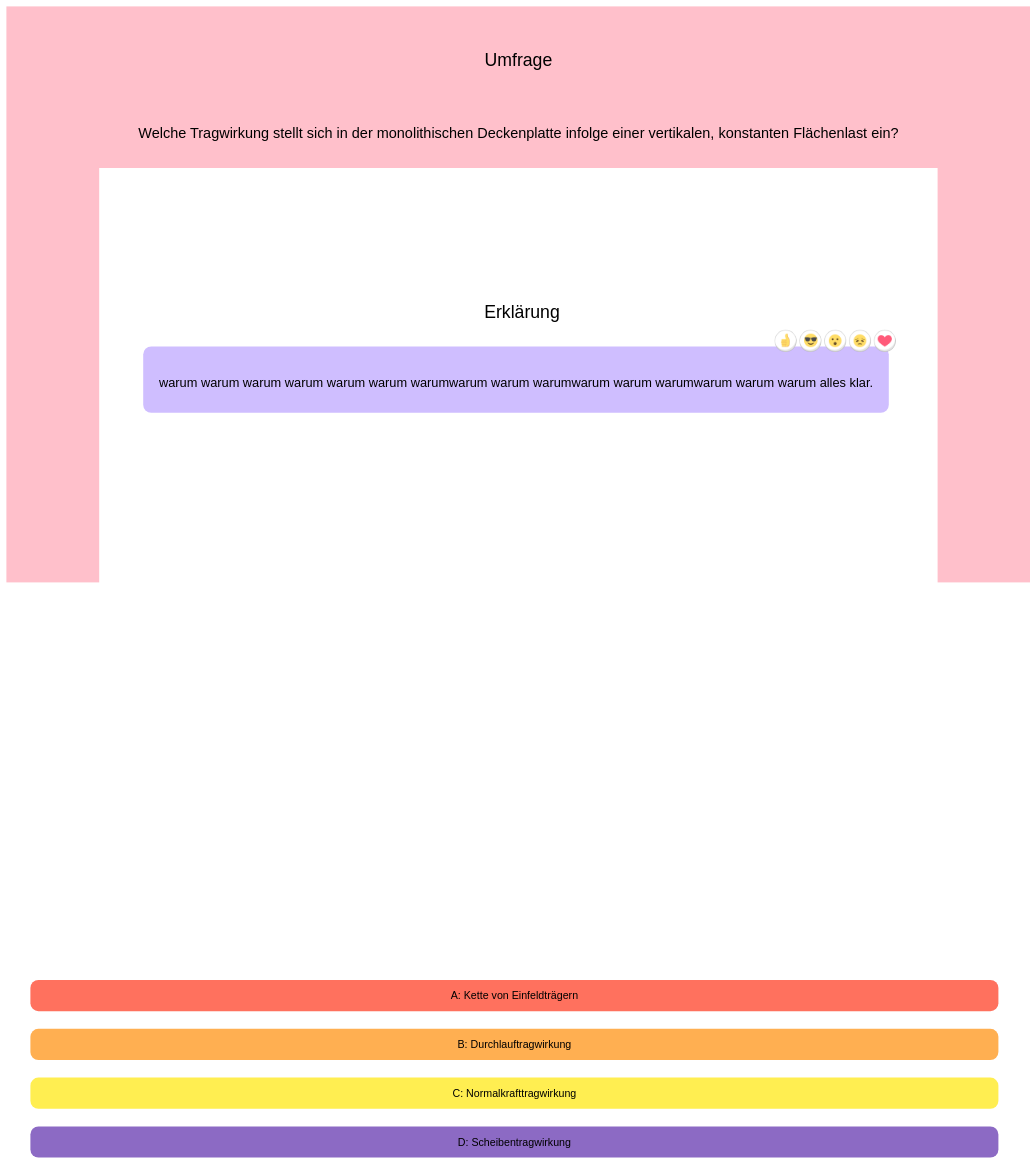
Repository: HyunraDate/Quinlan
Page: /Erklaerung
An editor plug-in stored every save of this project. The page is shown before and after the next save, followed by the edit.
The browser window is 1280 px wide. The page is 1288 px wide, so the pictures cover 1288 px, including what lies to the right of the window. The pictures show the whole page, at 80% of full size.
The project was rebuilt for these pictures with package versions that can differ from the ones it lists, and the page was loaded fresh each time. Also part of the build but not shown: vite.config.js, src/views/Ergebnis1.vue, src/views/Ergebnis2.vue.

Above is the page before, as saved 2023-07-25 14:42:32.

### index.html
<!DOCTYPE html>
<html lang="en">
  <head>
    <meta charset="UTF-8" />
    <link rel="icon" type="image/svg+xml" href="/vite.svg" />
    <meta name="viewport" content="width=device-width, initial-scale=1.0" />
    <title>Vite + Vue</title>
  </head>
  <body>
    <div id="app"></div>
    <script type="module" src="/src/main.js"></script>
    <script
    src="https://cdnjs.cloudflare.com/ajax/libs/echarts/5.4.1/echarts.min.js"
    integrity="sha512-OTbGFYPLe3jhy4bUwbB8nls0TFgz10kn0TLkmyA+l3FyivDs31zsXCjOis7YGDtE2Jsy0+fzW+3/OVoPVujPmQ=="
    crossorigin="anonymous"
    referrerpolicy="no-referrer">
    </script>

  </body>
</html>

### src/main.js
import { createApp } from 'vue'
// import './style.css'
import './utils/rem'
import App from './views/FragePage.vue'
import router from './router'
import * as echarts from 'echarts/core'

const app=createApp(App)//用const = 去挂载
app.use(router) //要先use哦
app.provide("ec", echarts);

// app.config.globalProperties.$axios = axios.create({
//     baseURL: 'http://localhost:8000', // 设置axios的基本URL
//     headers: {
//     // 设置axios请求的头部信息
//     }
// });

//createApp(app).mount('#app')
app.mount('#app')

### src/utils/rem.js
//rem等比适配配置文件
// 基准大小
const baseSize = 16
// 设置 rem 函数
function setRem () {
        // 当前页面宽度相对于 1920宽的缩放比例，可根据自己需要修改。
    const scale = document.documentElement.clientWidth / 1920
    // 设置页面根节点字体大小（“Math.min(scale, 2)” 指最高放大比例为2，可根据实际业务需求调整）
    document.documentElement.style.fontSize = baseSize * Math.min(scale, 2) + 'px'
    // 初始化
    setRem()
    // 改变窗口大小时重新设置
    rem.window.onresize = function () { setRem() }
}

### src/views/FragePage.vue
<!-- <template>
    <div>
    <div class="flex-col page">
        <div class="flex-col items-center">
          span class="font_1">Umfrage</span>
      <br/>

      <body onload="run()">
        wird in <span id="spanId" style="color:#FE9637">60</span>Sekunden springen!
      </body>
    </div>
</template> -->
<script>
// import { useStore } from '@store/index'
// //先引入useRouter
// import { useRouter } from 'vue-router'

// export default {
//   const store = useStore()
//   const router = useRouter()
//   //通过定义一个方法，使用Router进行跳转
//   const test =()=>
//   router.push()
// }

// import { useRouter , useRoute } from 'vue-router'

// setup(){
//     const $router=useRouter()
//     const $route=useRoute()

//     // 对象 $router.push()可以向history对象添加新记录
//     $router.push({ path: 'Ergebnis1' })
// }


// return {
//   store,
//   //这里暴露test方法
//   test
// }
// 页面一加载完成，该方法就会执行
// 读秒，一秒钟数字改变一次

// export default { 唔可以系setup度用
//   methods: {
//     scrollTo(target) {
//       const element = this.$refs[target];
//       element.scrollIntoView({ behavior: 'smooth' });
//     }
//   }
// }

var x = 60;
var select = "Step3.html";

function run(){
  // 获取到的是span标签的对象
  var span = document.getElementById("spanId");
  // 获取span标签中间的文本
  span.innerHTML = x;
  x--;
  // 再让run方法执行呢，一秒钟执行一次
  if(x < 0)window.location = select;
  else window.setTimeout("run()", 1000);

};

function test(click){
  select = click;
}

export default {
  data() {
    return {
      isDisabled: false,
      showButton: true,
    };
  },
  //Falls du die Btns nicht zeigen möchtest
  // beforeRouteEnter(to, from, next) {
  //   next(vm => {
  //     vm.showButton = false
  //   })
  // },
  // mounted() {
  //   // 在页面加载时显示按钮
  //   this.showButton = true;
  // },
  // beforeDestroy() {
  //   // 在页面销毁之前隐藏按钮
  //   this.showButton = false;
  // },

  methods:{
    option1:function(){
      console.log(this.$router);
      // this.$router.plus('/') 这里跳转不了欸
      //this.$router.push({path:"/"}) //传入对象 但也跳转不了欸 push!唔系plus啊死蠢！
      //this.showButton = false;

      //带参数
      this.$router.push({path:'/Ergebnis1'}) //成功跳转了！！okok!!
      //this.$router.push({name:"almond",params:{id:Chocolat}}) //传参 这里传不到欸 // 试一下传right
      },

      option2:function(){
        console.log(this.$router);
        //this.showButton = false; //hier zeigt die Button nicht mehr, wie du möchtest

        //带参数
        this.$router.push({path:'/Ergebnis2'}) //成功跳转了！！okok!!
        //如果要动态传参

        //this.$router.push({name:"Ergebnis2",params:{id:A}}) //传参 这里传不到欸 // 试一下传worong
      },

      onClick() {
        // 在点击事件监听器中禁用按钮
        this.isDisabled = true;
        // 在每个按钮上使用 v-bind:disabled 指令，将其值绑定为 isDisabled，
        //当 isDisabled 为 true 时，按钮将被禁用。
        console.log("Button clicked")
      },
  },


}
</script>

<template>
<body >
<div>
  <!-- <div class="flex-col page"> </div>  太占位啦！-->
    <div class="flex flex-col items-center">
    <br/><br/><br/>
    <span class="font_1">Umfrage</span>
    <!--style="{
      margin: 0;
      font-size: 1.38rem;
      font-family: Inter;
      line-height: 1.63rem;
      color: #000000;
      font-family: 'Work Sans', sans-serif;
      text-align: center;
      }"-->
    <br/><br/>
    <!-- <br/><br/> -->
    <span class="text">
    Welche Tragwirkung stellt sich in der monolithischen Deckenplatte infolge einer vertikalen, konstanten
    Flächenlast ein?
    <br/>
    </span>
  <router-view/>

<!-- onload="run()" 这里加载不了 这个onload function欸-->
<!-- wird in <span id="spanId" style="color:#FE9637">60</span>Sekunden springen! -->
</div>



<!-- 要页面跳转了
1、 router-link: <router-link to='/testDemo'>
                <button>点击跳转2</button>
                </router-link>

2、 this.$router.push('/a')
3、 get params ->  console.log(this.$route.params.a); -->
<div class="flex-col group space-y-22">

  <!-- <router-link to="Ergebnis2"><button class="flex-col justify-start items-center text-wrapper " type="submit">A: Kette von Einfeldträgern</button></router-link> -->
  <!-- <button class="flex-col justify-start items-center text-wrapper " type="submit" a href="Step3.html">A: Kette von Einfeldträgern</button> -->


  <!-- <router-link to="Ergebnis1"><button class="flex-col justify-start items-center text-wrapper_2 " type="submit">B: Durchlauftragwirkung</button></router-link> -->

  <!-- <router-link to="Ergebnis2"><button class="flex-col justify-start items-center text-wrapper_3" type="button">C: Normalkrafttragwirkung</button>
  </router-link> -->
<button v-on:click="onClick" :disabled="isDisabled" v-if="showButton" id ="A" class="flex-col justify-start items-center text-wrapper " type="submit" @click="option2">A: Kette von Einfeldträgern</button>

<button v-on:click="onClick" :disabled="isDisabled" v-if="showButton" id ="B" class="flex-col justify-start items-center text-wrapper_2" type="button" @click="option1">B: Durchlauftragwirkung</button>

<button v-on:click="onClick" :disabled="isDisabled" v-if="showButton" id ="C" class="flex-col justify-start items-center text-wrapper_3" type="button" @click="option2">C: Normalkrafttragwirkung</button>

<button v-on:click="onClick" :disabled="isDisabled" v-if="showButton" id ="D" class="flex-col justify-start items-center text-wrapper_4" type="button" @click="option2">D: Scheibentragwirkung</button>
</div>
</div>

</body>
</template>

<style scoped>
@import url("../css/halloween.css"); /*src = . */
/* .font_1{ /* didnt work
  position: center;
  } */

/*
使用深度选择器来写使样式生效。
有两种写法：

.a >>> .b {}
.a /deep/ .b
当你子组件使用了 scoped 但在父组件又想修改子组件的样式可以 通过 >>> 来实现：

<style scoped>
.a >>> .b { /* ...


将会编译成
.a[data-v-f3f3eg9] .b {
  /* ... */

</style>

### src/router/index.js
import {
    createRouter,
    createWebHashHistory,
    createWebHistory
  } from 'vue-router'

  // 1. 定义路由组件.
  // 也可以从其他文件导入

  // import Home from '../views/Home.vue'
  // import App from './App.vue' 原App好像不需要引入？
  import FragePage from '../views/FragePage.vue'
  import Ergebnis1 from '../views/Ergebnis1.vue' //1=true
  import Ergebnis2 from '../views/Ergebnis2.vue' //2=falsh
  import Erklaerung  from '../views/Erklaerung.vue'

  //import Step3 from '../views/Step3.html'


  //路由懒加载，用到时再加载（咪时好大，load又耐）
  // const About=()=>import('../views/About.vue') //然后Home放在下面path component后面就行啦
  //我加载不到惹

  // 2. 定义一些路由
  // 每个路由都需要映射到一个组件。
  // 我们后面再讨论嵌套路由。(hier写路由表)
  const routes = [

    /*{
      path:"/.id",
      redirect:(to)=>{
        console.log(to);
        return{path:"/.home"}
      } //都跳转不了欸 No match found for location with path "/home"
    },
    */

    /*{
      path: '/about',
      redirect: (to)=> {
        return {
          path: '/'
        }
      }
    },*/

    // { //这个Home的Hey已经能加载出来了欸
    //   path: '/',
    //   name:"home",
    //   component: Home
    // },

    {
        path: '/FragePage',
        component: FragePage
    },



  //   { path: '/about',
  //   component: About },

  //   { path: '/OptionA/:id', //路径参数 用冒号 : 表示。当一个路由被匹配时，它的 params 的值将在每个组件中以 this.$route.params 的形式暴露出来。
  //   component: OptionA },

    {
      path: "/Ergebnis1", //Ergebnis也成功挂载到了！
      component: Ergebnis1
    },
    {
      path: "/Ergebnis2", //Ergebnis也成功挂载到了！
      component: Ergebnis2
    },


    //Set动态路由 因为选项ABCD

    //     path: "/Sweet/:id*", //this is 动态参数啦 d.h 动态路由啦， i dont care what id u r ~
    //     //参数可有可无，但参数不能重复叠加
    //     //path:"/sweet/id?",
    //     component: Sweet
    //   },
    // {
    //   path: "/Step3", //这里要双引号哦
    //   component: Step3
    // },

    {
      path: "/Erklaerung", //这里要双引号哦
      component: Erklaerung
    },

    //   {
    //     path: "/Piggie",
    //     alias: ['/Airi','/Kazeo'], //你嘅nickname, two or more就用数组, 直接系导航栏输入path就得啦
    //     component: Piggie //为什么Piggie的子页面跳转不出来？而是home ->重新打Piggie的内容刷新就得啦！
    //   },

    //   {
    //     name: "almond", //路由名就叫sweet
    //     path: "/Sweet/:id*", //this is 动态参数啦 d.h 动态路由啦， i dont care what id u r ~
    //     //参数可有可无，但参数不能重复叠加
    //     //path:"/sweet/id?",
    //     component: Sweet
    //   },

    //   {
    //     //动态路由 参数一定是数字
    //     path: "/alcohol/:id",
    //     component: Alcohol,
    //     props:true
    //   },
  ]

  // 3. 创建路由实例并传递 `routes` 配置
  // 你可以在这里输入更多的配置，但我们在这里
  // 暂时保持简单
  const router = createRouter({
    // 4. 内部提供了 history 模式的实现。为了简单起见，我们在这里使用 hash 模式。 (Hash有#)
    //**hash不会向服务器发送请求！ */
    //history: createWebHashHistory(),

    //为了漂亮就用History模式，这样路径里就没有#号啦
    history: createWebHistory(),
    routes, // `routes: routes` 的缩写
  })

  //This is 全局守卫 （全球守卫）
  router.beforeEach((to, form, next) => {
    console.log(to);
    console.log(form);
    next()//like通行证
  })


  export default router

### src/css/halloween.css
/* 语法 @media mediaType and|not|only (media feature) {
  /*CSS-Code;*/
  /* 3、css中的vh和vm
  vh和vm是相对视口区域的宽高，即浏览器可视区域

  vw：1vw等于视口宽度的1%。
  vh：1vh等于视口高度的1%。

  使用场景：页面头部和尾部固定，中间内容若高度超出，则出现滚动条，但是整个页面不出现滚动条，
  在此情况下就要计算中间内容的高度，可以使用vh解决 */

  /* :root { why didnt work??
  font-family: 'Work Sans', sans-serif;
  line-height: 1.5;
  font-weight: 400;

  color-scheme: light dark;
  color: rgba(255, 255, 255, 0.87);
  background-color: #242424;

  font-synthesis: none;
  text-rendering: optimizeLegibility;
  -webkit-font-smoothing: antialiased;
  -moz-osx-font-smoothing: grayscale;
  -webkit-text-size-adjust: 100%;
  } */

  /* // 最大宽度为1280 （width-max: 1280）*/
@media (width: 100vw) {
  html {
    font-size: 1.88rem;
    font-weight: 500;
    font-family: 'Work Sans', sans-serif;
  }

  body {
    background: pink;
    height:100vh;
    margin: 0;
    -webkit-font-smoothing: antialiased;
    -moz-osx-font-smoothing: grayscale;

  }

  body * {
    box-sizing: border-box;
    flex-shrink: 0;
  }

  button {
    border-width: 0px;
    border-radius: 0.63rem;
  }
  button:hover{
    border:2px solid #FE9637;
    box-shadow:rgba(251, 161, 72, 0.66) 0 0 5px;
    transition:all .2s;
  }
  .flex-row {
    display: flex;
    flex-direction: row;
  }

  .flex-col {
    display: flex;
    flex-direction: column;
  }

  .justify-start {
    justify-content: flex-start;
  }

  .justify-end {
    justify-content: flex-end;
  }

  .justify-center {
    justify-content: center;
  }

  .justify-between {
    justify-content: space-between;
  }

  .justify-around {
    justify-content: space-around;
  }

  .justify-evenly {
    justify-content: space-evenly;
  }

  .items-start {
    align-items: flex-start;
  }

  .items-end {
    align-items: flex-end;
  }

  .items-center {
    align-items: center;
  }

  .items-baseline {
    align-items: baseline;
  }

  .items-stretch {
    align-items: stretch;
  }

  .self-start {
    align-self: flex-start;
  }

  .self-end {
    align-self: flex-end;
  }

  .self-center {
    align-self: center;
  }

  .self-baseline {
    align-self: baseline;
  }

  .self-stretch {
    align-self: stretch;
  }

  .flex-1 {
    flex: 1 1 0%;
  }

  .flex-auto {
    flex: 1 1 auto;
  }

  .grow {
    flex-grow: 1;
  }

  .grow-0 {
    flex-grow: 0;
  }

  .shrink {
    flex-shrink: 1;
  }

  .shrink-0 {
    flex-shrink: 0;
  }

  .relative {
    position: relative;
  }

  /* .page {
    padding: 8.63rem 3.38rem 16.31rem 4rem;
    background-color: #ffffff;
    width: 100%;
    overflow-y: auto;
    overflow-x: hidden;
    height: 100%;
  } */
  .font_1 {
    font-size: 3.38rem;
    font-family: Inter;
    line-height: 1.63rem;
    color: #000000;
    font-family: 'Work Sans', sans-serif;
    text-align: center;
  }

  .text {
    margin: 2rem;
    color: #000000;
    font-size: 1.13rem;
    font-family: Inter;
    line-height: 1.38rem;
    text-align: center;
    font-family: 'Work Sans', sans-serif;
  }
  .group {
    margin-top: 8.25rem;
    padding: 0 1.88rem;
  }
  .space-y-22 > *:not(:first-child) {
    margin-top: 1.38rem;
  }
  .text-wrapper {
    margin-right: 0.63rem;
    padding: 0.75rem 0;
    background-color: #FF715E;
  }
  .font_2 {
    font-size: 1rem;
    font-family: Inter;
    line-height: 0.97rem;
    color: #000000;
    font-family: 'Work Sans', sans-serif;
  }
  .text-wrapper_2 {
    margin-right: 0.63rem;
    padding: 0.75rem 0;
    background-color: #ffaf51;
    outline: none;
  }
  .text-wrapper_3 {
    margin-right: 0.63rem;
    padding: 0.75rem 0;
    background-color: #FFEE51;
  }
  .text-wrapper_4 {
    margin-right: 0.63rem;
    padding: 0.75rem 0;
    background-color: #8C6AC4;
  }
}
/* // 200px为头部加尾部高度 */


  /* // 宽度为1281-1366之间
@media (min-width: 1281px) and (max-width: 1366px) {
  body {
    background: red;
  }
}

/* // 最小宽度为1441  */
/* @media (min-width: 1441px) {
  body {
    background: green;
  }
} */


html {
  font-size: 1.88rem;
  font-weight: 500;
  font-family: 'Work Sans', sans-serif;
}

body {
  margin: 0;
  -webkit-font-smoothing: antialiased;
  -moz-osx-font-smoothing: grayscale;
  width: 100vw;
  height: 100vh;
}

body * {
  box-sizing: border-box;
  flex-shrink: 0;
}

button {
  border-width: 0px;
  border-radius: 0.63rem;
}
button:hover{
  border:2px solid #FE9637;
  box-shadow:rgba(251, 161, 72, 0.66) 0 0 5px;
  transition:all .2s;
}
.flex-row {
  display: flex;
  flex-direction: row;
}

.flex-col {
  display: flex;
  flex-direction: column;
}

.justify-start {
  justify-content: flex-start;
}

.justify-end {
  justify-content: flex-end;
}

.justify-center {
  justify-content: center;
}

.justify-between {
  justify-content: space-between;
}

.justify-around {
  justify-content: space-around;
}

.justify-evenly {
  justify-content: space-evenly;
}

.items-start {
  align-items: flex-start;
}

.items-end {
  align-items: flex-end;
}

.items-center {
  align-items: center;
}

.items-baseline {
  align-items: baseline;
}

.items-stretch {
  align-items: stretch;
}

.self-start {
  align-self: flex-start;
}

.self-end {
  align-self: flex-end;
}

.self-center {
  align-self: center;
}

.self-baseline {
  align-self: baseline;
}

.self-stretch {
  align-self: stretch;
}

.flex-1 {
  flex: 1 1 0%;
}

.flex-auto {
  flex: 1 1 auto;
}

.grow {
  flex-grow: 1;
}

.grow-0 {
  flex-grow: 0;
}

.shrink {
  flex-shrink: 1;
}

.shrink-0 {
  flex-shrink: 0;
}

.relative {
  position: relative;
}

.page {
  padding: 8.63rem 3.38rem 16.31rem 4rem;
  background-color: #ffffff;
  width: 100%;
  overflow-y: auto;
  overflow-x: hidden;
  height: 100%;
}
.font_1 {
  font-size: 1.38rem;
  font-family: Inter;
  line-height: 1.63rem;
  color: #000000;
  font-family: 'Work Sans', sans-serif;
}
.text {
  margin-top: 2rem;
  color: #000000;
  font-size: 1.13rem;
  font-family: Inter;
  line-height: 1.38rem;
  text-align: center;
  font-family: 'Work Sans', sans-serif;

}
.group {
  margin-top: 8.25rem;
  padding: 0 1.88rem;
}
.space-y-22 > *:not(:first-child) {
  margin-top: 1.38rem;
}
.text-wrapper {
  margin-right: 0.63rem;
  padding: 0.75rem 0;
  background-color: #FF715E;
}
.font_2 {
  font-size: 1rem;
  font-family: Inter;
  line-height: 0.97rem;
  color: #000000;
  font-family: 'Work Sans', sans-serif;
}
.text-wrapper_2 {
  margin-right: 0.63rem;
  padding: 0.75rem 0;
  background-color: #ffaf51;
  outline: none;
}
.text-wrapper_3 {
  margin-right: 0.63rem;
  padding: 0.75rem 0;
  background-color: #FFEE51;
}
.text-wrapper_4 {
  margin-right: 0.63rem;
  padding: 0.75rem 0;
  background-color: #8C6AC4;
}

### src/views/Erklaerung.vue
<template>
    <html lang="en">
  <!-- <head>
    <meta charset="UTF-8" />
    <meta http-equiv="X-UA-Compatible" content="IE=edge" />
    <meta name="viewport" content="width=device-width, initial-scale=1.0" />
    <title>codefun</title>
    <link rel="stylesheet" href="./Step4.css" />
    <script type="text/javascript" src="./Step4.js"></script>
  </head> -->
  <body>
    <div class="flex-col page space-y-10">
      <span class="self-center text">Erklärung</span>
      <div class="flex-col justify-start relative group">
        <div class="flex-col justify-start items-start text-wrapper">
          <span class="text_2">
            warum warum warum warum warum warum warumwarum warum warumwarum warum warumwarum warum warum alles klar.
          </span>
        </div>
        <img
          class="image pos_3"
          src="../images/surprise.png"
        />
        <img
          class="image pos_2"
          src="../images/cool.png"
        />
        <img
          class="image pos"
          src="../images/like.png"
        />
        <img
          class="image pos_5"
          src="../images/heart.png"
        />
        <img
          class="image pos_4"
          src="../images/sad.png"
        />
      </div>
      <!--<img
        class="self-end image_2"
        src="https://codefun-proj-user-res-1256085488.cos.ap-guangzhou.myqcloud.com/63986c125a7e3f0310fdabbc/63986c59717ee30011312a06/16709407860648366536.png"
      /> -->
    </div>
  </body>
</html>
</template>

<style scoped>
@import url("../css/Step4.css");
</style>

### src/css/Step4.css
html {
    font-size: 16px;
  }

  body {
    margin: 0;
    font-family: 'Work Sans', sans-serif;
    -webkit-font-smoothing: antialiased;
    -moz-osx-font-smoothing: grayscale;
    width: 100vw;
    height: 100vh;
  }

  body * {
    box-sizing: border-box;
    flex-shrink: 0;
  }

  /* .flex-row {
    display: flex;
    flex-direction: row;
  } */

  .flex-col {
    display: flex;
    flex-direction: column;
  }

  .justify-start {
    justify-content: flex-start;
  }

  .justify-end {
    justify-content: flex-end;
  }

  .justify-center {
    justify-content: center;
  }

  .justify-between {
    justify-content: space-between;
  }

  .justify-around {
    justify-content: space-around;
  }

  .justify-evenly {
    justify-content: space-evenly;
  }

  .items-start {
    align-items: flex-start;
  }

  .items-end {
    align-items: flex-end;
  }

  .items-center {
    align-items: center;
  }

  .items-baseline {
    align-items: baseline;
  }

  .items-stretch {
    align-items: stretch;
  }

  .self-start {
    align-self: flex-start;
  }

  .self-end {
    align-self: flex-end;
  }

  .self-center {
    align-self: center;
  }

  .self-baseline {
    align-self: baseline;
  }

  .self-stretch {
    align-self: stretch;
  }

  .flex-1 {
    flex: 1 1 0%;
  }

  .flex-auto {
    flex: 1 1 auto;
  }

  .grow {
    flex-grow: 1;
  }

  .grow-0 {
    flex-grow: 0;
  }

  .shrink {
    flex-shrink: 1;
  }

  .shrink-0 {
    flex-shrink: 0;
  }

  .relative {
    position: relative;
  }

  .page {
    padding: 10.63rem 2.88rem 32.69rem 3.44rem;
    background-color: #ffffff;
    width: 100%;
    overflow-y: auto;
    overflow-x: hidden;
    height: 100%;
  }
  .space-y-10 > *:not(:first-child) {
    margin-top: 0.63rem;
  }
  .text {
    color: #000000;
    font-size: 1.38rem;
    font-family: Inter;
    line-height: 1.34rem;
    font-family: 'Work Sans', sans-serif;
  }
  .group {
    padding-top: 1.31rem;
    height: 9.88rem;
  }
  .text-wrapper {
    margin-right: 0.94rem;
    padding: 2.25rem 0 1.75rem;
    background-color: #cfbeff;
    border-radius: 0.63rem;
  }
  .text_2 {
    margin: 0 1.25rem;
    color: #000000;
    font-size: 1rem;
    font-family: Inter;
    line-height: 1.19rem;
    font-family: 'Work Sans', sans-serif;
  }
  .image {
    width: 1.75rem;
    height: 1.75rem;
  }
  .pos_3 {
    position: absolute;
    right: 4.25rem;
    top: 0;
    border-radius: 50%;
    border:none;
    }

  .pos_3:hover{
    border:2px solid #FE9637;
    box-shadow:rgba(251, 161, 72, 0.66) 0 0 5px;
    transition:all .2s;
    }

  .pos_2 {
    position: absolute;
    right: 6.19rem;
    top: 0;
    border-radius: 50%;
    border:none;
    }

  .pos_2:hover{
    border:2px solid #FE9637;
    box-shadow:rgba(251, 161, 72, 0.66) 0 0 5px;
    transition:all .2s;
    }

  .pos {
    position: absolute;
    right: 8.13rem;
    top: 0;
    border-radius: 50%;
    border:none;
    }

  .pos:hover{
    border:2px solid #FE9637;
    box-shadow:rgba(251, 161, 72, 0.66) 0 0 5px;
    transition:all .2s;
    }

  .pos_5 {
    position: absolute;
    right: 0.38rem;
    top: 0;
    border-radius: 50%;
    border:none;
    }

  .pos_5:hover{
    border:2px solid #FE9637;
    box-shadow:rgba(251, 161, 72, 0.66) 0 0 5px;
    transition:all .2s;
    }

  .pos_4 {
    position: absolute;
    right: 2.31rem;
    top: 0;
    border-radius: 50%;
    border:none;
    }

  .pos_4:hover{
    border:2px solid #FE9637;
    box-shadow:rgba(251, 161, 72, 0.66) 0 0 5px;
    transition:all .2s;
    }

  .image_2 {
    width: 6.31rem;
    height: 2.19rem;
    margin-top: 0.63rem;
  }

After the next save:
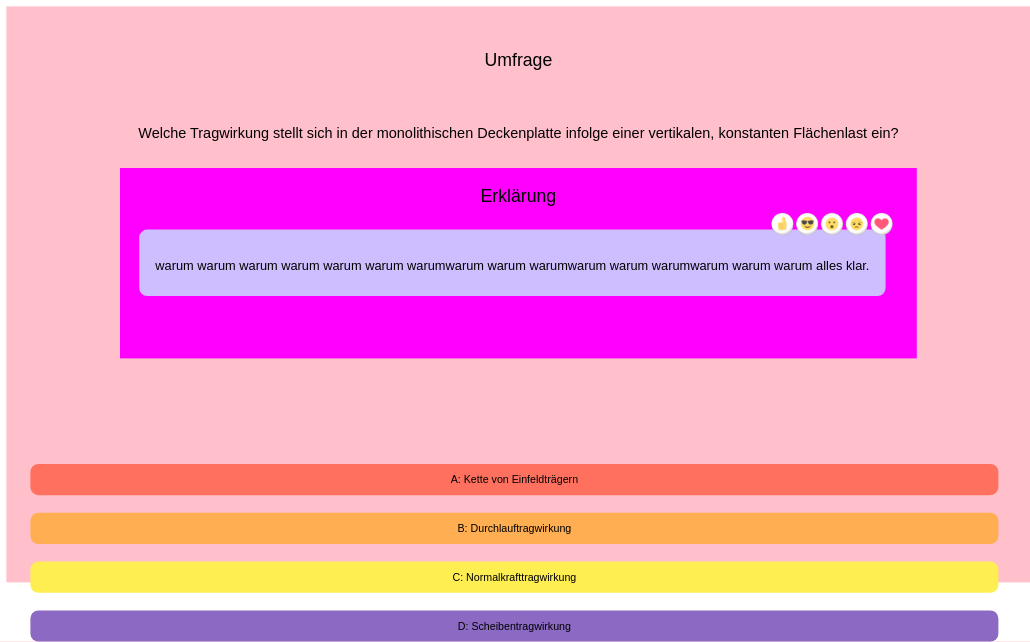
Saved 89 s later.
--- a/src/css/Step4.css
+++ b/src/css/Step4.css
@@ -119,12 +119,8 @@ html {
   }
 
   .page {
-    padding: 10.63rem 2.88rem 32.69rem 3.44rem;
-    background-color: #ffffff;
-    width: 100%;
-    overflow-y: auto;
-    overflow-x: hidden;
-    height: 100%;
+    padding: 1.5rem ;
+    background-color: #ff00ff;
   }
   .space-y-10 > *:not(:first-child) {
     margin-top: 0.63rem;
